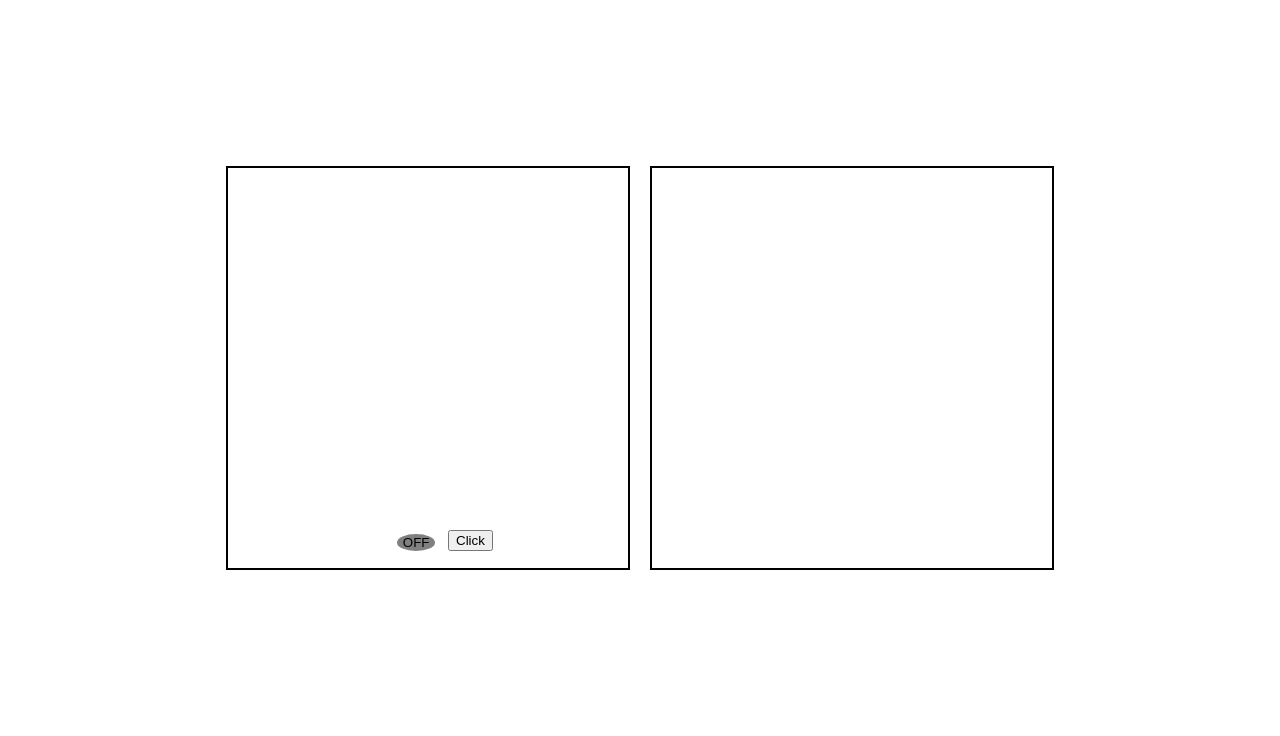
Repository: dmpelaez/photoBoothy
Page: Photobooth.html
An editor plug-in stored every save of this project. The page is shown before and after a run of saves, followed by the edit.
The browser window is 1280 px wide. The pictures show the whole page.

Above is the page before, as saved 2025-12-16 21:04:47.

### Photobooth.html
<!DOCTYPE html>

  <html>

    <head>

      <title>Photobooth</title>

      <link rel="stylesheet" href="Photobooth.css">
    </head>
    <body>
      <div class="timer"></div>
      <video autoplay id="video"></video>
      <button id="photo-btn" >Click</button>
      <button id="btn-toggle">OFF</button>
      <canvas id="canvas-image"></canvas>
      <script src="Photobooth.js"></script>
    </body>

  </html>

### Photobooth.css
body {
  display: Flex;
  align-items: center;
  justify-content: center;
  HEIGHT: 100VH;
  flex-direction: row;
  gap: 20px;
}
#video,
#canvas-image {
  border: 2px solid black;
  height: 400px;
  width: 400px;
}
#btn-toggle {
  position: absolute;
  left: 31%;
  bottom: 23.5%;
  background: gray;
  border: none;
  border-radius: 50%;
}
#photo-btn {
  position: absolute;
  left: 35%;
  bottom: 23.5%;
}
.timer {
display: none;
 position: absolute;
  left: 33%;
  bottom: 69.5%;
}

.timerPhoto {
  background: black;
  height: 50px;
  width: 50px;
  color: white;
  display: flex;
  align-items: center;
  justify-content: center;
}

### Photobooth.js
//To make the video appear in html
//I use <video></video> html element
const video = document.getElementById('video');
//canvas element is where the photos will appear
const canvas = document.getElementById('canvas-image');
const btn = document.getElementById('photo-btn');
//I set the canvas into 2d to get the copy
//of the photo taken
const context = canvas.getContext('2d');


//I use navigator.mediDevices.getUsermedia
//to get access on the camera by allowing the
//video and use it to assigned as value of
//video element

///-----------------------------------------------------------------///
//Default value false
let isVideo = false;


//This is a btn for on and off to the camera
document.getElementById('btn-toggle')
.addEventListener('click', () => {

  //Condition where it looks for the opposite
  //value of isVideo by using NOT operator
  //which will result to having a value of TRUE
  if (!isVideo) {
  //once it becomes true
  //navigator.mediaDevices.getUserMedia will activate
  //and the access to video will open
  navigator.mediaDevices.getUserMedia({video: true})
  .then((stream) => {
  //access to camera
  video.srcObject = stream;
  //btn ON
   document.getElementById('btn-toggle').innerHTML = 'ON';
   //Value was change to true
   //so once the btn is click again
   //the else if is the one that will be open
     isVideo = true;

  });
} else if (isVideo) {
  //access to camera again
 navigator.mediaDevices.getUserMedia({video: true})
  .then((stream) => {
    //To stop the camera access
    stream.getTracks().forEach(track => track.stop());
    //To stop the webcam light we need to track all
    //the access video.srcObject have
    for (const track of video.srcObject.getTracks()) {
      track.stop();
    }
    //no value
    stream = null;
    //no value
   video.srcObject = null;
   //Display btn as OFF
   document.getElementById('btn-toggle').innerHTML = 'OFF';
   //Value is changed to false
   isVideo = false;

  })

}
console.log(isVideo);
});

///------------------------------------------------------------///
//capturePhoto is a function where
// the canvas width and height have the
// values of videos'
//and context.drawImage capture everything
//and replicate the videos into photo
//and before that we change its value
//to the canvas.getContext('2d')
function capturePhoto() {
  //the value canvas width and height
  // is the same as the video width and height;
  canvas.width = video.videoWidth;
  canvas.height = video.videoHeight;

  //
  context.drawImage(video, 0, 0, canvas.width, canvas.height);
}

///------------------------------------------------------------------------///
//btn for camera to capture
btn.addEventListener('click', () => {
//Finally after minutes of thinking how
//to activate the timer if the camera is open

//This will only activate if the isVideo value
// is true but its default value stop it from triggering
//the settimer() because it didn't meet the condition
if (isVideo === true) {
settimer();

}
})

document.body.addEventListener('keydown', (event) => {
  if (event.code === 'Space') {
    if (isVideo === true) {
      settimer();
  }
 }
})

///-----------------------------------------------------------------////
//Timer default setTime
let timer = 5;

//This is timer function
// where after five seconds
//it will capture a picture
function settimer() {
  //Display
  document.querySelector('.timer').innerHTML = timer;
  const timer2 =  document.querySelector('.timer');
  //if statement condition where if
  //the timer is greater than 0 then it will
  //activate the specific function
  if (timer > 0) {
    timer --;
    //setTimeout is updating the settimer function every
    // one second to update the display number
    setTimeout(settimer, 1000);
    //added a new class to design the timer
    timer2.classList.add("timerPhoto");
  } else {
    //after 0 the else will run this part of function
    // where capturePhoto(); is activated
    //timer goes back to default and display it
    //but remove the design in the webpage
    capturePhoto();
    timer = 5;
   timer2.innerHTML = timer;
   timer2.classList.remove("timerPhoto");
  }
}

After the next 2 saves:
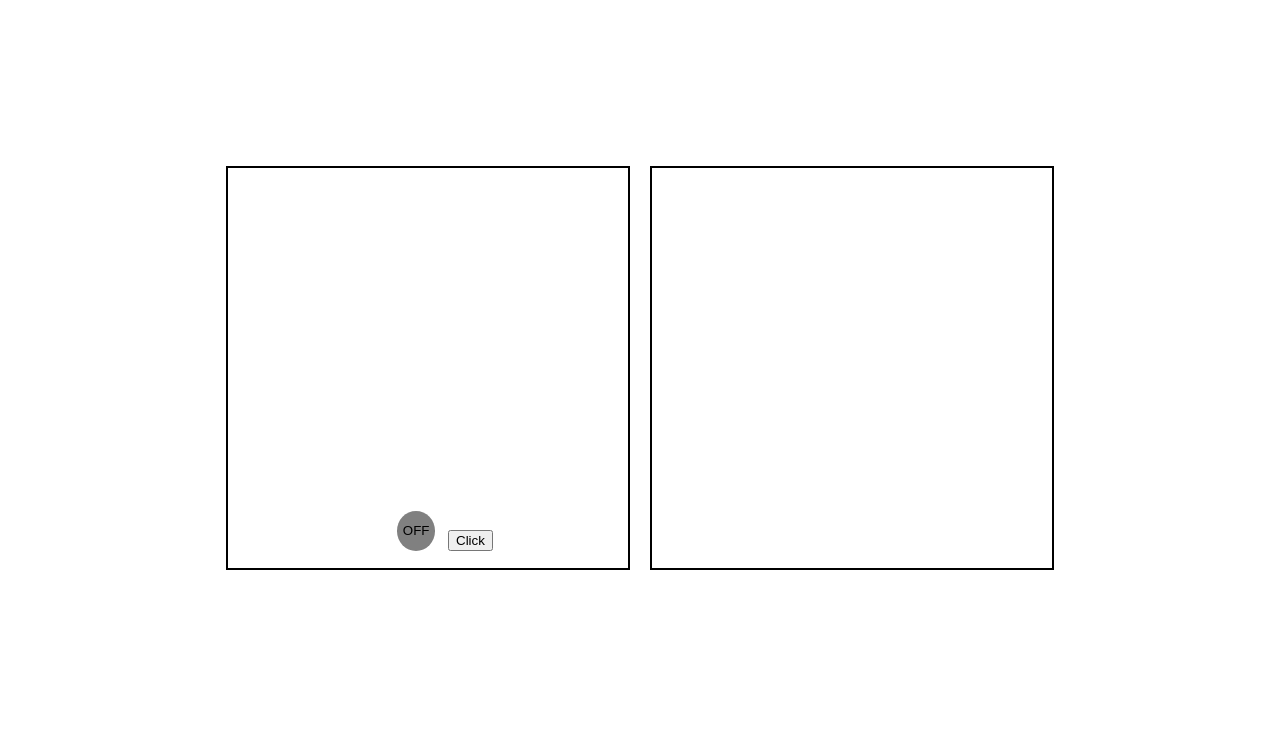
The 2 saves are shown as one change because they came seconds apart.
The last was saved 8 s later.
--- a/Photobooth.css
+++ b/Photobooth.css
@@ -19,6 +19,7 @@ body {
   background: gray;
   border: none;
   border-radius: 50%;
+  height: 40px;
 }
 #photo-btn {
   position: absolute;
